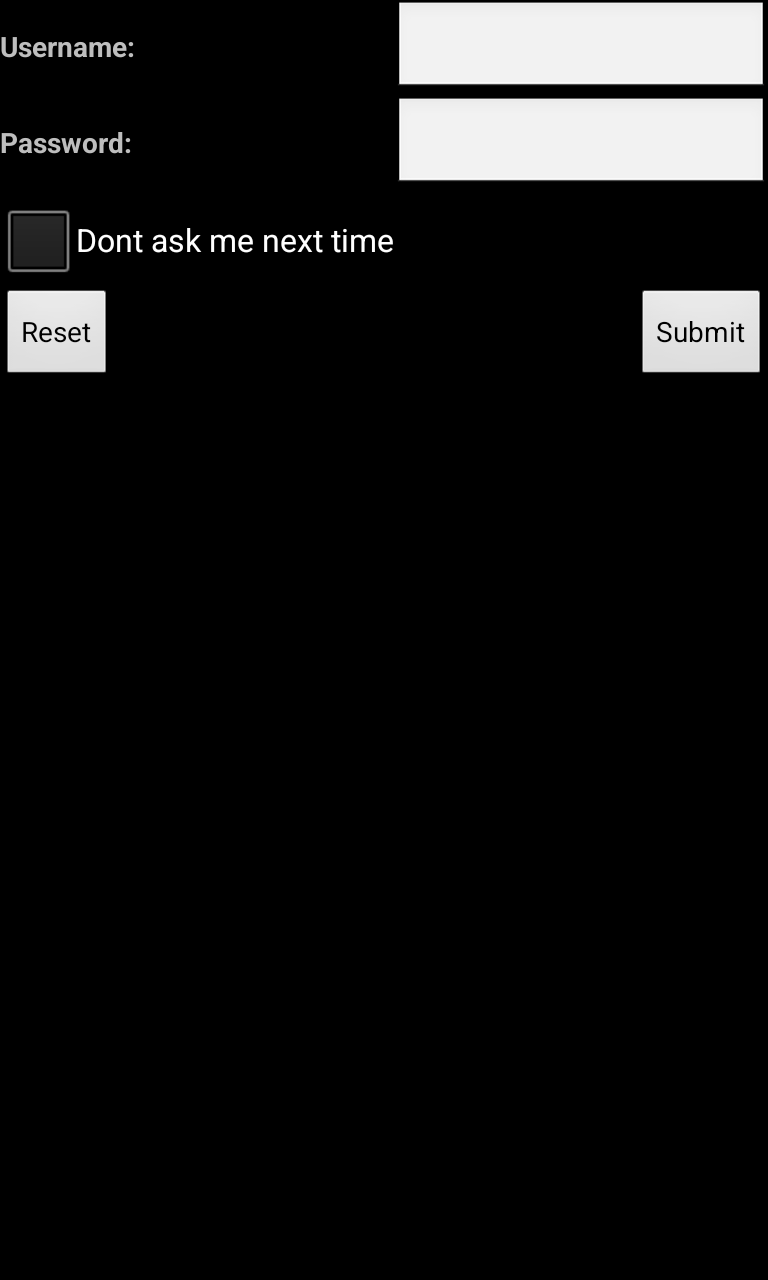
Repository: World-Three-Technologies/Masxaro-Prototype
Layout: Android/W3T/res/layout/main_login.xml
These files come from the project's save history. The layout is drawn as it stood at one moment and after the next save; the edit follows.
It is drawn on a 768 x 1280 px phone screen (xhdpi) without system bars, with theme android:Theme; the app's code is not run.

Above is the layout before, as saved 2011-06-02 09:14:00.

After the next save:
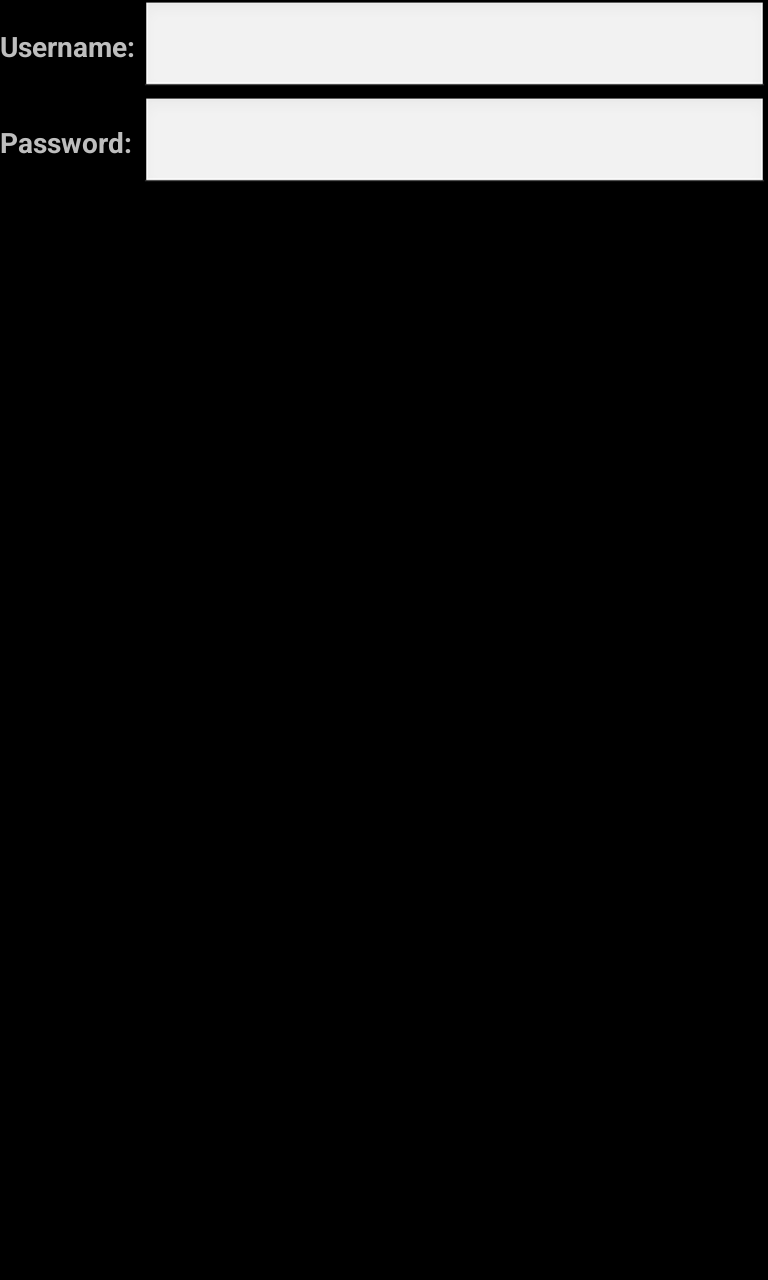
Saved 66 s later.
--- a/Android/W3T/res/layout/main_login.xml
+++ b/Android/W3T/res/layout/main_login.xml
@@ -7,7 +7,6 @@
     <TableLayout android:layout_width="fill_parent"
 	    android:layout_height="fill_parent"
 	    android:stretchColumns="1"
-	    android:shrinkColumns="0"
     >
 		<TableRow>
 			<TextView android:text="@string/main_label_user"
@@ -31,7 +30,11 @@
 	    		android:inputType="textPassword"
 			/>
 		</TableRow>
+	</TableLayout>
 
+	<TableLayout android:layout_width="fill_parent"
+	    android:layout_height="fill_parent"
+    >
 		<TableRow>
 			<CheckBox android:id="@+id/keep_login_box"
 				android:text="@string/keep_login_label"

After the save that followed:
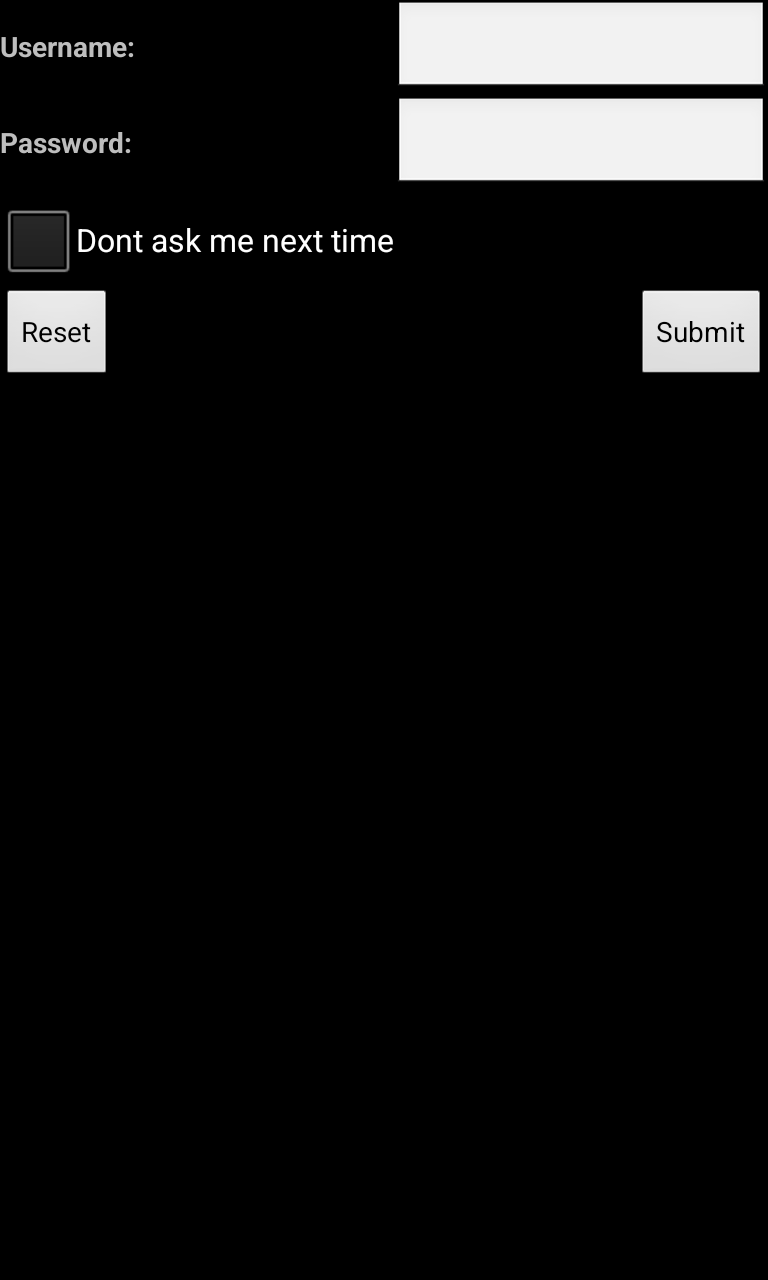
Saved 25 s later.
--- a/Android/W3T/res/layout/main_login.xml
+++ b/Android/W3T/res/layout/main_login.xml
@@ -7,6 +7,7 @@
     <TableLayout android:layout_width="fill_parent"
 	    android:layout_height="fill_parent"
 	    android:stretchColumns="1"
+	    android:shrinkColumns="0"
     >
 		<TableRow>
 			<TextView android:text="@string/main_label_user"
@@ -30,11 +31,7 @@
 	    		android:inputType="textPassword"
 			/>
 		</TableRow>
-	</TableLayout>
 
-	<TableLayout android:layout_width="fill_parent"
-	    android:layout_height="fill_parent"
-    >
 		<TableRow>
 			<CheckBox android:id="@+id/keep_login_box"
 				android:text="@string/keep_login_label"
